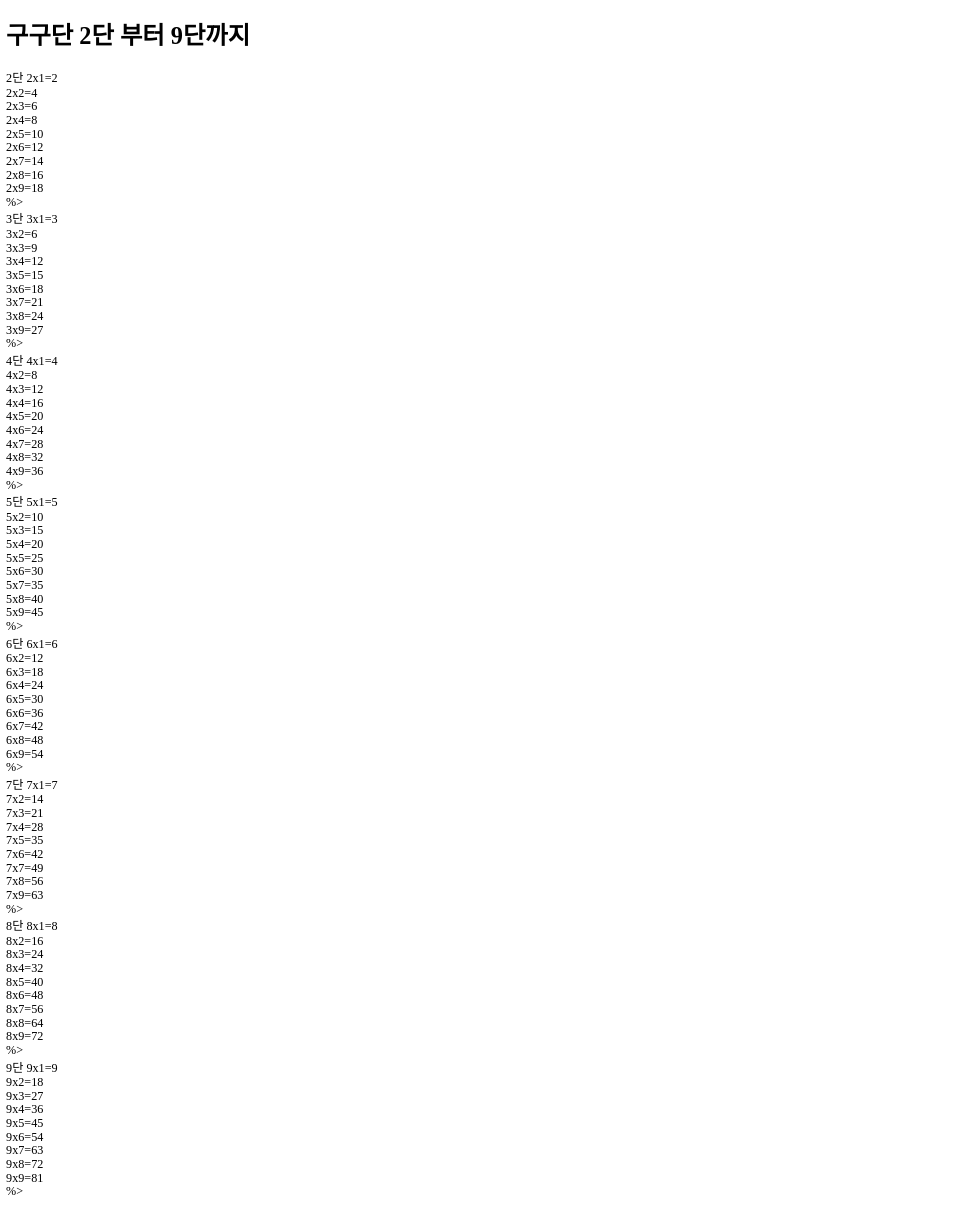
Repository: hyeongu135-ui/Jsp2026
Page: http://localhost/chapter01/test02.jsp
These files come from the project's save history. The page is drawn as it stood at one moment and after the next save; the edit follows.
The browser window is 1280 px wide. The pictures show the whole page, at 76% of full size.
The page is served by Tomcat 9.

Above is the page before, as saved 2026-10-16 03:18:58.

After the next save:
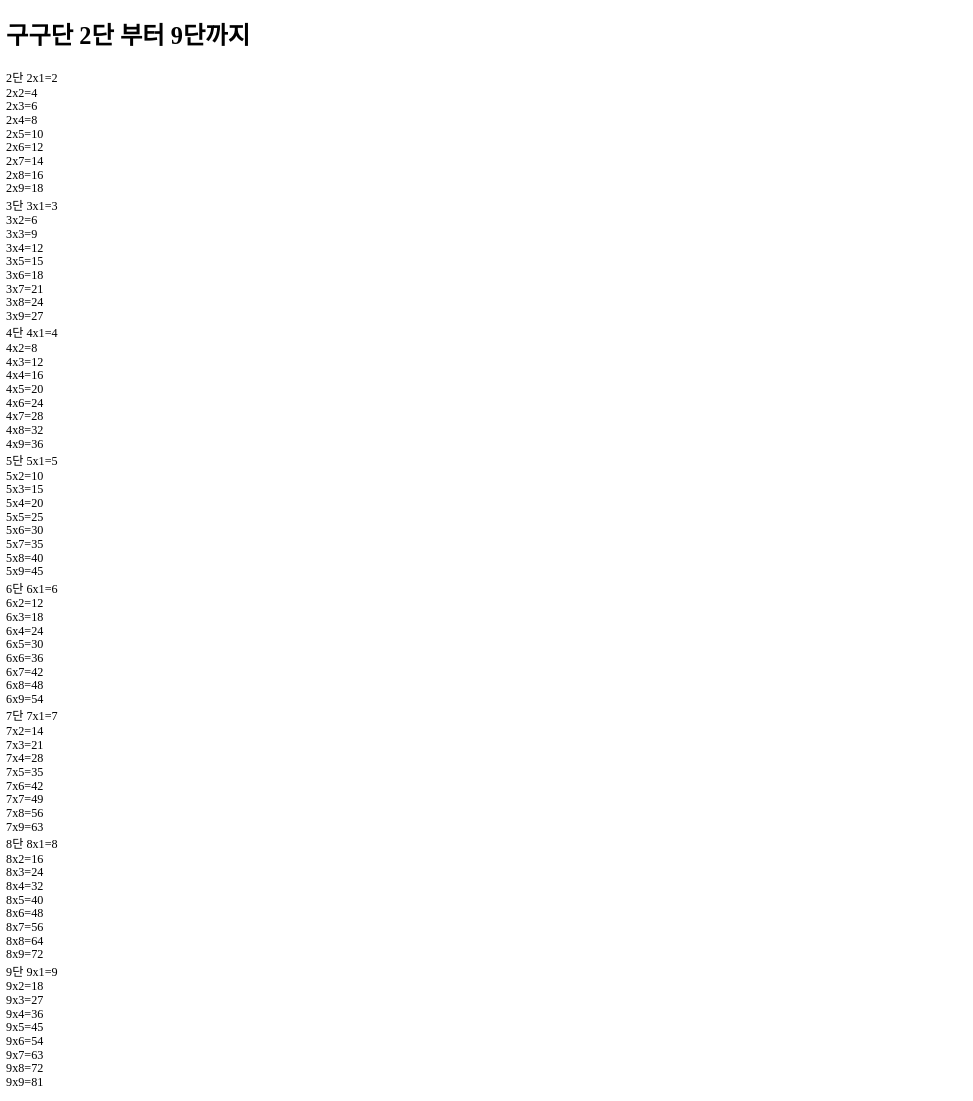
Saved 11 s later.
--- a/chapter01/src/main/webapp/test02.jsp
+++ b/chapter01/src/main/webapp/test02.jsp
@@ -16,7 +16,7 @@
 				int sum = (i * j);%>
 				<%=i + "x" + j + "=" + sum %><br>
 			<%}%>
-		%><br>
+
 		<%
 		}
 		%>
